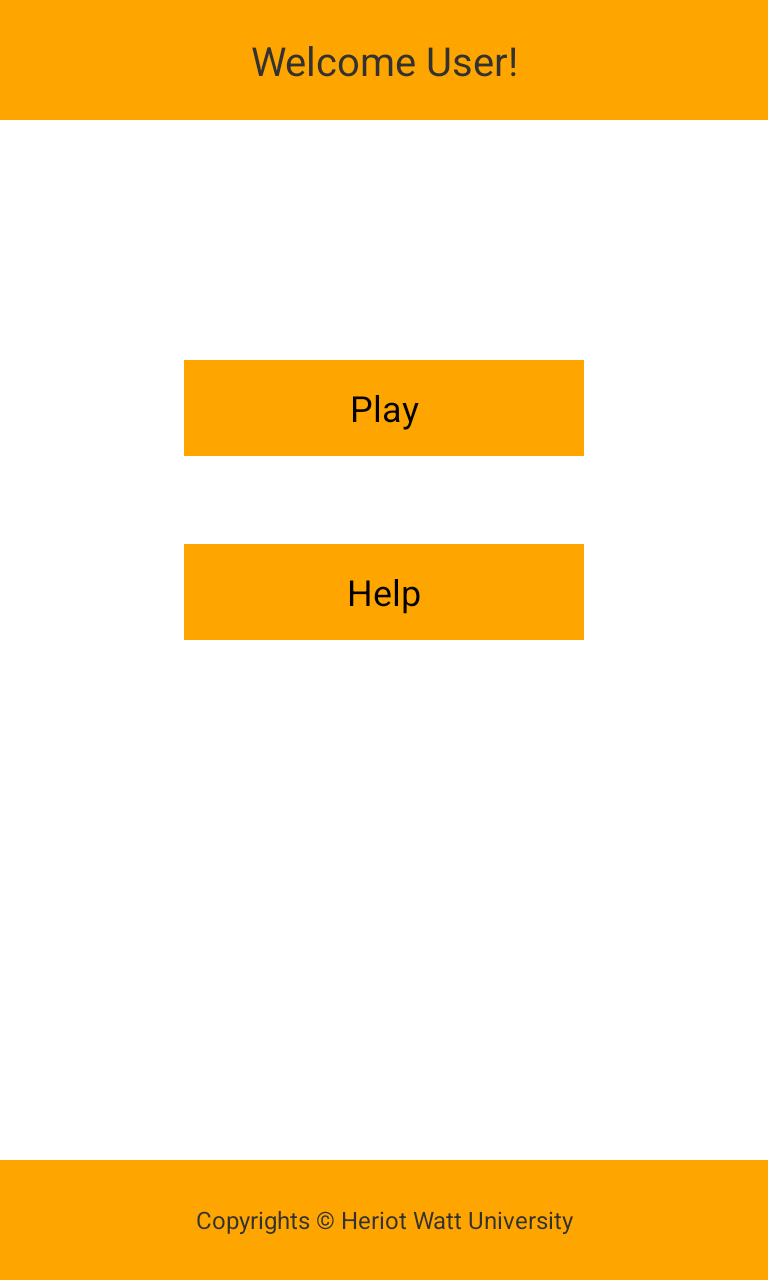
Repository: nidafarooqui/Trading-Game-Version-3
Layout: TaikunClient/res/layout/activity_welcome_screen.xml
These files come from the project's save history. The layout is drawn as it stood at one moment and after the next save; the edit follows.
It is drawn on a 768 x 1280 px phone screen (xhdpi) without system bars, with theme AppTheme; the app's code is not run.

Above is the layout before, as saved 2014-08-14 05:44:58.

### TaikunClient/res/layout/activity_welcome_screen.xml
<RelativeLayout xmlns:android="http://schemas.android.com/apk/res/android"
    xmlns:tools="http://schemas.android.com/tools"
    android:id="@+id/welcome_text"
    android:layout_width="match_parent"
    android:layout_height="match_parent"
    tools:context="${relativePackage}.${activityClass}" >

    <TextView
        android:id="@+id/welcome_textView"
        android:layout_width="match_parent"
        android:layout_height="60dp"
        android:layout_centerHorizontal="true"
        android:background="@color/orange"
        android:gravity="center_horizontal|center_vertical"
        android:text="Welcome User!"
        android:textSize="20sp" />

    <Button
        android:id="@+id/buttonStartGame"
        android:layout_width="200dp"
        android:layout_height="wrap_content"
        android:layout_below="@+id/welcome_textView"
        android:layout_centerHorizontal="true"
        android:layout_marginTop="120dp"
        android:background="@color/orange"
        android:text="Play" />

    <Button
        android:id="@+id/buttonHelp"
        android:layout_width="200dp"
        android:layout_height="wrap_content"
        android:layout_alignLeft="@+id/buttonStartGame"
        android:layout_below="@+id/buttonStartGame"
        android:layout_marginTop="44dp"
        android:background="@color/orange"
        android:text="Help" />

    <TextView
        android:id="@+id/textView1"
        android:layout_width="match_parent"
        android:layout_height="60dp"
        android:layout_alignParentBottom="true"
        android:layout_alignParentLeft="true"
        android:background="@color/orange"
        android:gravity="center_horizontal|center_vertical"
        android:text="Copyrights © Heriot Watt University"
        android:textSize="12sp" />

</RelativeLayout>

### TaikunClient/res/values/colours.xml
<?xml version="1.0" encoding="utf-8"?>
<resources>

    <color name="white">#FFFFFF</color>
    <color name="black">#000000</color>
    <color name="symptom_color_selected">#003366</color>
    <color name="reaction_color_selected">#003366</color>
    <color name="static_text_color">#003366</color>
    <color name="journal_entry_listitem_text_color">#003366</color>
    <color name="note_text_disabled">#333333</color>
    <color name="sky">#0099CC</color>
    <color name="lightgray">#e7e7e7</color>
      <color name="lightgray02">#bfbfbf</color>
    <color name="dark">#000015</color>
    <color name="lightgreen">#336666</color>
    <color name="orrange">#e33d1b</color>
    <color name="darkorrange">#cc2303</color>


 <color name="ivory">#FFFFF0</color>
 <color name="lightYellow">#FFFFE0</color>
 <color name="snow">#FFFAFA</color>
 <color name="floralWhite">#FFFAF0</color>
 <color name="lemonChiffon">#FFFACD</color>
 <color name="cornsilk">#FFF8DC</color>
 <color name="seashell">#FFF5EE</color>
 <color name="lavenderBlush">#FFF0F5</color>
 <color name="papayaWhip">#FFEFD5</color>
 <color name="blanchedAlmond">#FFEBCD</color>
 <color name="mistyRose">#FFE4E1</color>
 <color name="bisque">#FFE4C4</color>
 <color name="moccasin">#FFE4B5</color>
 <color name="navajoWhite">#FFDEAD</color>
 <color name="peachPuff">#FFDAB9</color>
 <color name="gold">#FFD700</color>
 <color name="pink">#FFC0CB</color>
 <color name="lightPink">#FFB6C1</color>
 <color name="orange">#FFA500</color>
 <color name="lightSalmon">#FFA07A</color>
 <color name="darkOrange">#FF8C00</color>
 <color name="coral">#FF7F50</color>
 <color name="hotPink">#FF69B4</color>
 <color name="tomato">#FF6347</color>
 <color name="orangeRed">#FF4500</color>
 <color name="deepPink">#FF1493</color>
 <color name="fuchsia">#FF00FF</color>
 <color name="magenta">#FF00FF</color>
 <color name="red">#FF0000</color>
 <color name="oldLace">#FDF5E6</color>
 <color name="lightGoldenrodYellow">#FAFAD2</color>
 <color name="linen">#FAF0E6</color>
 <color name="antiqueWhite">#FAEBD7</color>
 <color name="salmon">#FA8072</color>
 <color name="ghostWhite">#F8F8FF</color>
 <color name="mintCream">#F5FFFA</color>
 <color name="whiteSmoke">#F5F5F5</color>
 <color name="beige">#F5F5DC</color>
 <color name="wheat">#F5DEB3</color>
 <color name="sandyBrown">#F4A460</color>
 <color name="azure">#F0FFFF</color>
 <color name="honeydew">#F0FFF0</color>
 <color name="aliceBlue">#F0F8FF</color>
 <color name="khaki">#F0E68C</color>
 <color name="lightCoral">#F08080</color>
 <color name="paleGoldenrod">#EEE8AA</color>
 <color name="violet">#EE82EE</color>
 <color name="darkSalmon">#E9967A</color>
 <color name="lavender">#E6E6FA</color>
 <color name="lightCyan">#E0FFFF</color>
 <color name="burlyWood">#DEB887</color>
 <color name="plum">#DDA0DD</color>
 <color name="gainsboro">#DCDCDC</color>
 <color name="crimson">#DC143C</color>
 <color name="paleVioletRed">#DB7093</color>
 <color name="goldenrod">#DAA520</color>
 <color name="orchid">#DA70D6</color>
 <color name="thistle">#D8BFD8</color>
 <color name="lightGrey">#D3D3D3</color>
 <color name="tan">#D2B48C</color>
 <color name="chocolate">#D2691E</color>
 <color name="peru">#CD853F</color>
 <color name="indianRed">#CD5C5C</color>
 <color name="mediumVioletRed">#C71585</color>
 <color name="silver">#C0C0C0</color>
 <color name="darkKhaki">#BDB76B</color>
 <color name="rosyBrown">#BC8F8F</color>
 <color name="mediumOrchid">#BA55D3</color>
 <color name="darkGoldenrod">#B8860B</color>
 <color name="fireBrick">#B22222</color>
 <color name="powderBlue">#B0E0E6</color>
 <color name="lightSteelBlue">#B0C4DE</color>
 <color name="paleTurquoise">#AFEEEE</color>
 <color name="greenYellow">#ADFF2F</color>
 <color name="lightBlue">#ADD8E6</color>
 <color name="darkGray">#A9A9A9</color>
 <color name="brown">#A52A2A</color>
 <color name="sienna">#A0522D</color>
 <color name="yellowGreen">#9ACD32</color>
 <color name="darkOrchid">#9932CC</color>
 <color name="paleGreen">#98FB98</color>
 <color name="darkViolet">#9400D3</color>
 <color name="mediumPurple">#9370DB</color>
 <color name="lightGreen">#90EE90</color>
 <color name="darkSeaGreen">#8FBC8F</color>
 <color name="saddleBrown">#8B4513</color>
 <color name="darkMagenta">#8B008B</color>
 <color name="darkRed">#8B0000</color>
 <color name="blueViolet">#8A2BE2</color>
 <color name="lightSkyBlue">#87CEFA</color>
 <color name="skyBlue">#87CEEB</color>
 <color name="gray">#808080</color>
 <color name="olive">#808000</color>
 <color name="purple">#800080</color>
 <color name="maroon">#800000</color>
 <color name="aquamarine">#7FFFD4</color>
 <color name="chartreuse">#7FFF00</color>
 <color name="lawnGreen">#7CFC00</color>
 <color name="mediumSlateBlue">#7B68EE</color>
 <color name="lightSlateGray">#778899</color>
 <color name="slateGray">#708090</color>
 <color name="oliveDrab">#6B8E23</color>
 <color name="slateBlue">#6A5ACD</color>
 <color name="dimGray">#696969</color>
 <color name="mediumAquamarine">#66CDAA</color>
 <color name="cornflowerBlue">#6495ED</color>
 <color name="cadetBlue">#5F9EA0</color>
 <color name="darkOliveGreen">#556B2F</color>
 <color name="indigo">#4B0082</color>
 <color name="mediumTurquoise">#48D1CC</color>
 <color name="darkSlateBlue">#483D8B</color>
 <color name="steelBlue">#4682B4</color>
 <color name="royalBlue">#4169E1</color>
 <color name="turquoise">#40E0D0</color>
 <color name="mediumSeaGreen">#3CB371</color>
 <color name="limeGreen">#32CD32</color>
 <color name="darkSlateGray">#2F4F4F</color>
 <color name="seaGreen">#2E8B57</color>
 <color name="forestGreen">#228B22</color>
 <color name="lightSeaGreen">#20B2AA</color>
 <color name="dodgerBlue">#1E90FF</color>
 <color name="midnightBlue">#191970</color>
 <color name="aqua">#00FFFF</color>
 <color name="cyan">#00FFFF</color>
 <color name="springGreen">#00FF7F</color>
 <color name="lime">#00FF00</color>
 <color name="mediumSpringGreen">#00FA9A</color>
 <color name="darkTurquoise">#00CED1</color>
 <color name="deepSkyBlue">#00BFFF</color>
 <color name="darkCyan">#008B8B</color>
 <color name="teal">#008080</color>
 <color name="green">#008000</color>
 <color name="darkGreen">#006400</color>
 <color name="blue">#0000FF</color>
 <color name="mediumBlue">#0000CD</color>
 <color name="darkBlue">#00008B</color>
 <color name="navy">#000080</color>

</resources>

Loaded but not shown: TaikunClient/res/values/styles.xml (common file); TaikunClient/res/values-v11/styles.xml (common file); TaikunClient/res/values-v14/styles.xml (common file)

After the next save:
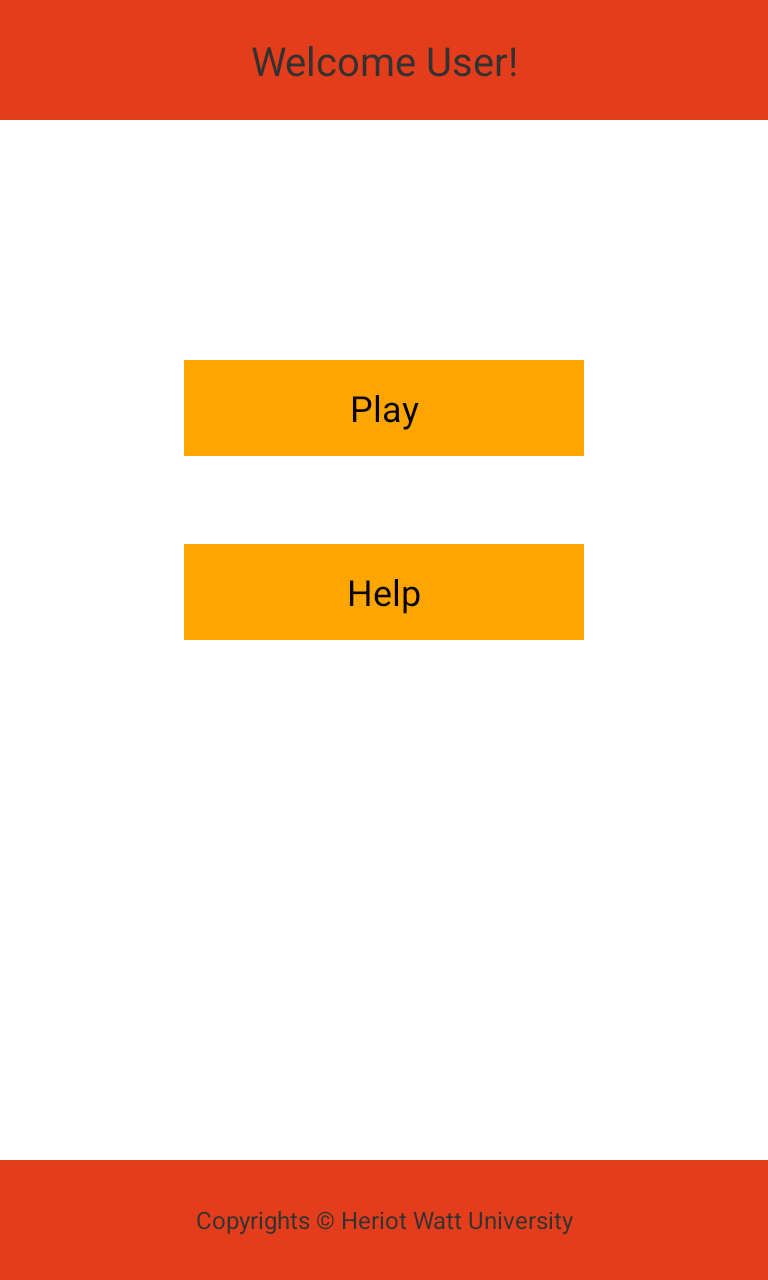
Saved 34 s later.
--- a/TaikunClient/res/layout/activity_welcome_screen.xml
+++ b/TaikunClient/res/layout/activity_welcome_screen.xml
@@ -10,7 +10,7 @@
         android:layout_width="match_parent"
         android:layout_height="60dp"
         android:layout_centerHorizontal="true"
-        android:background="@color/orange"
+        android:background="@color/orrange"
         android:gravity="center_horizontal|center_vertical"
         android:text="Welcome User!"
         android:textSize="20sp" />
@@ -41,7 +41,7 @@
         android:layout_height="60dp"
         android:layout_alignParentBottom="true"
         android:layout_alignParentLeft="true"
-        android:background="@color/orange"
+        android:background="@color/orrange"
         android:gravity="center_horizontal|center_vertical"
         android:text="Copyrights © Heriot Watt University"
         android:textSize="12sp" />
